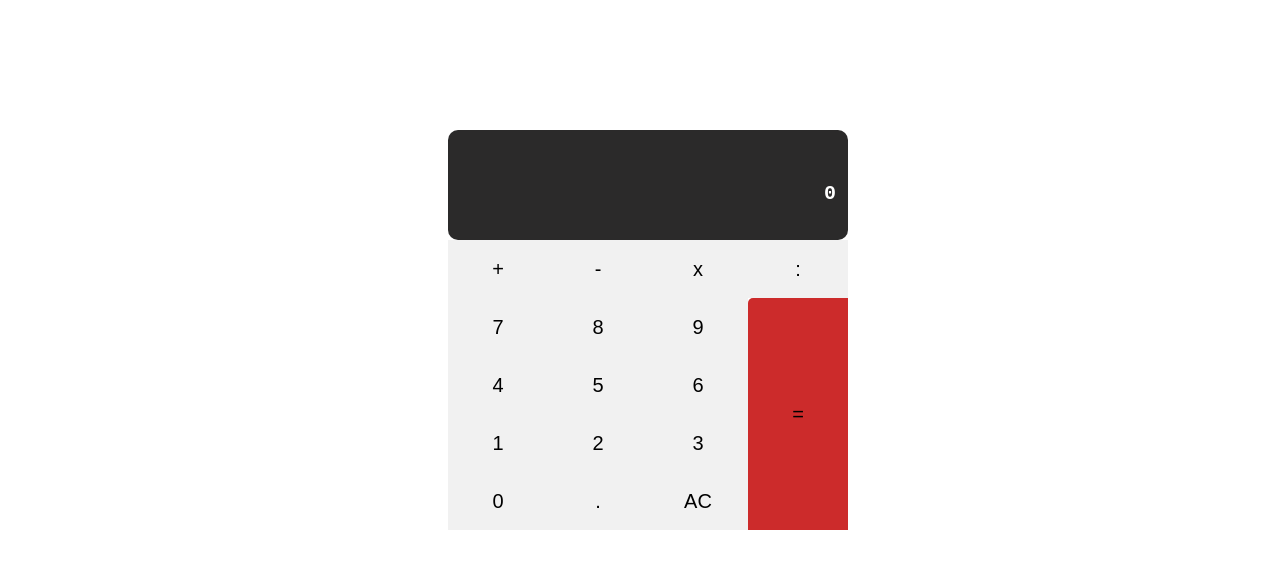
Repository: CryptoFamilyNFT/develhope
Page: css/Grid 2/calculator.html
These files come from the project's save history. The page is drawn as it stood at one moment and after the next save; the edit follows.
The browser window is 1280 px wide. The page is 1288 px wide, so the pictures cover 1288 px, including what lies to the right of the window. The pictures show the whole page.

Above is the page before, as saved 2024-11-18 09:21:35.

### css/Grid 2/calculator.html
<!DOCTYPE html>
<html lang="en">

<head>
    <meta charset="UTF-8">
    <meta name="viewport" content="width=device-width, initial-scale=1.0">
    <title>Document</title>
    <link rel="stylesheet" href="calculator.css">
</head>

<body>
    <div class="container">
        <div class="result span-4">
            0
        </div>
        <button class="button span-1">+</button>
        <button class="button span-1">-</button>
        <button class="button span-1">x</button>
        <button class="button span-1">:</button>
        <button class="button span-1">7</button>
        <button class="button span-1">8</button>
        <button class="button span-1">9</button>
        <button id="equal" class="button span-1 row-4">=</button>
        <button class="button span-1">4</button>
        <button class="button span-1">5</button>
        <button class="button span-1">6</button>
        <button class="button span-1">1</button>
        <button class="button span-1">2</button>
        <button class="button span-1">3</button>
        <button class="button span-1">0</button>
        <button class="button span-1">.</button>
        <button class="button span-1">AC</button>
    </div>
</body>

</html>

### css/Grid 2/calculator.css
body {
    width: 100%;
    height: 100%;
    margin-top: 10%;
    display: flex;
    justify-content: center;
    align-items: center;
}

.container {
    height: 400px;
    width: 400px;
    display: grid;
    grid-template-columns: repeat(4, 1fr);
    border: 2px solid transparent;
    border-radius: 10px;
}

.result {
    display: flex;
    border: none;
    background-color: #2b2a2a;
    font-size: 20px;
    cursor: pointer;
    justify-content: flex-end;
    padding-right: 10px;
    padding-top: 50px;
    color: white;
    font-family: 'Courier New', Courier, monospace;
    font-weight: bold;
    border: 2px solid transparent;
    border-radius: 10px;
}

.span-1 {
    grid-column: span 1;
}


.span-2 {
    grid-column: span 2;
}

.span-3 {
    grid-column: span 3;
}

.span-4 {
    grid-column: span 4;
}

.row-4 {
    grid-row: span 4;
}

button {
    border: none;
    background-color: #f1f1f1;
    font-size: 20px;
    cursor: pointer;
}

button[id="equal"] {
    background-color: #cc2b2b;
    border-top-left-radius: 5px ;
}

button:hover {
    background-color: #e7e7e7;
}

button:active {
    background-color: #d9d9d9;
}

button:focus {
    outline: none;
}

After the next save:
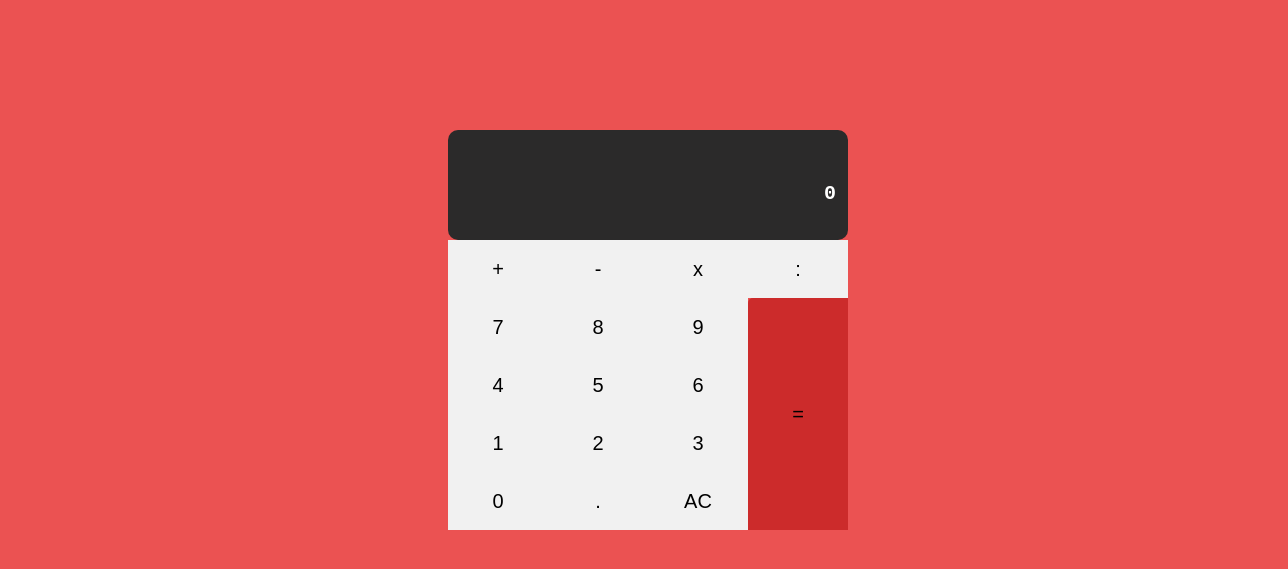
Saved 83 s later.
--- a/css/Grid 2/calculator.css
+++ b/css/Grid 2/calculator.css
@@ -63,6 +63,8 @@
 button[id="equal"] {
     background-color: #cc2b2b;
     border-top-left-radius: 5px ;
+}:hover {
+    background-color: #eb5252;
 }
 
 button:hover {

After the save that followed:
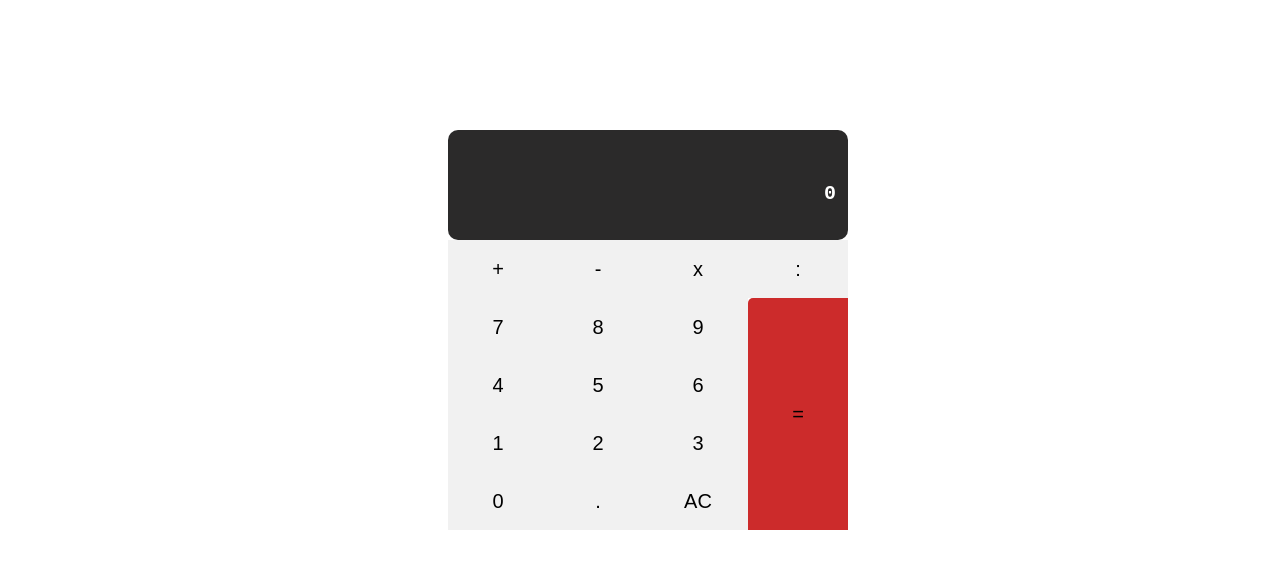
Saved 59 s later.
--- a/css/Grid 2/calculator.css
+++ b/css/Grid 2/calculator.css
@@ -63,11 +63,9 @@
 button[id="equal"] {
     background-color: #cc2b2b;
     border-top-left-radius: 5px ;
-}:hover {
-    background-color: #eb5252;
 }
 
-button:hover {
+button:hover:not(id="equal") {
     background-color: #e7e7e7;
 }
 
